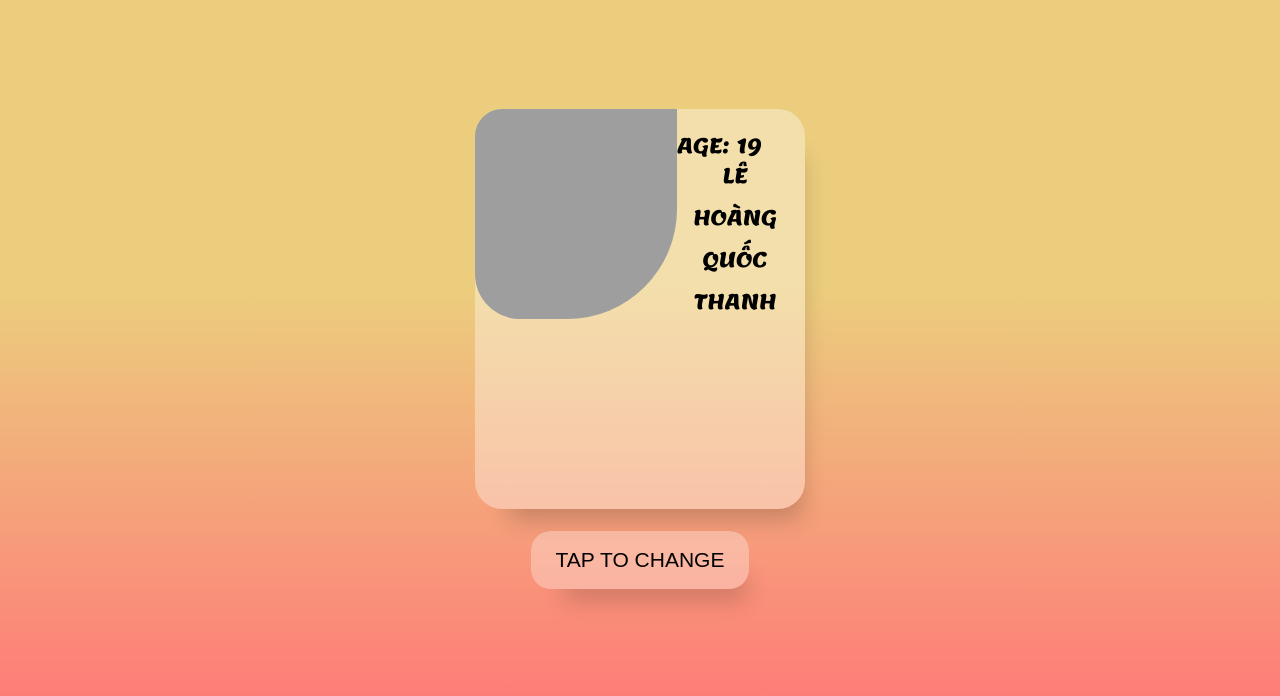
Repository: ThanhThn/profile
Page: index.html
The author's editor kept a copy of each file at every save. The page is drawn from the files as they stood at one save, then again after the next save.
The browser window is 1280 px wide. The pictures show the whole page.
Pictures or frames that could not be fetched are drawn as grey boxes. Some web fonts or font styles are not loaded; a fallback is used.

Above is the page before, as saved 2022-12-05 20:01:11.

After the next save:
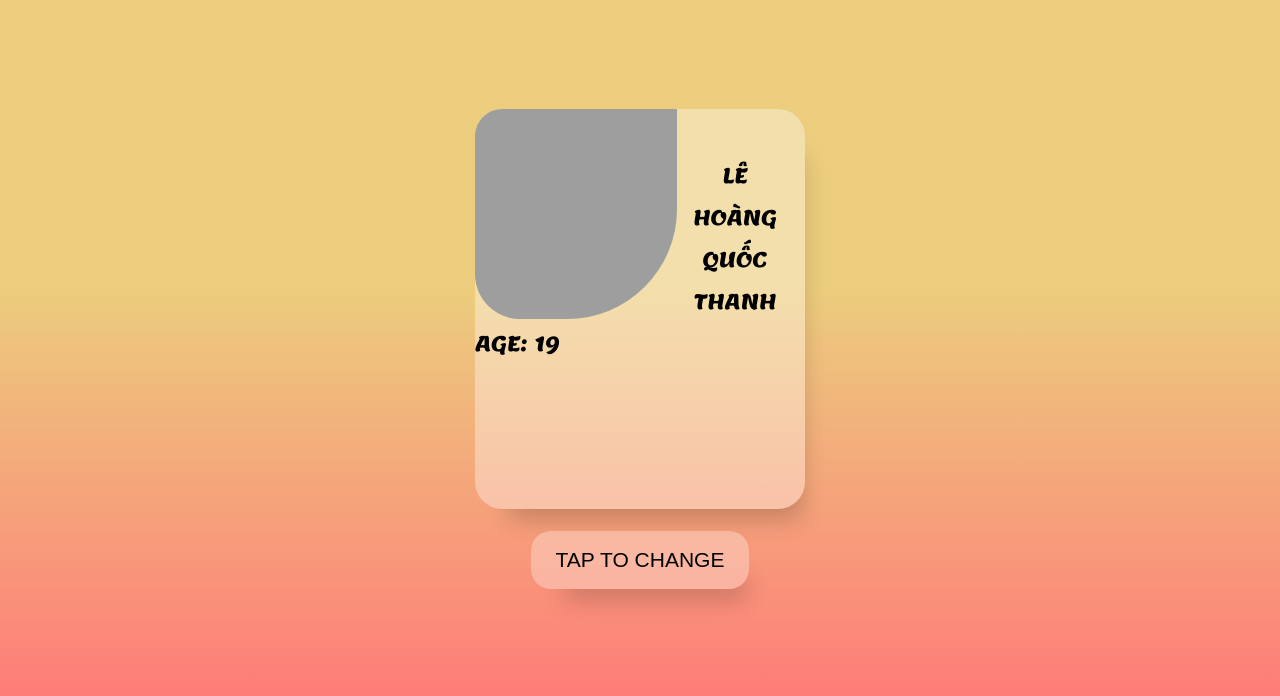
Saved 24 s later.
--- a/style.css
+++ b/style.css
@@ -50,8 +50,9 @@ span{
 }
 
 .content .age{
+    display: block;
     position: absolute;
-    top: 1rem;
+    top: ;
 }
 
 .btn{
